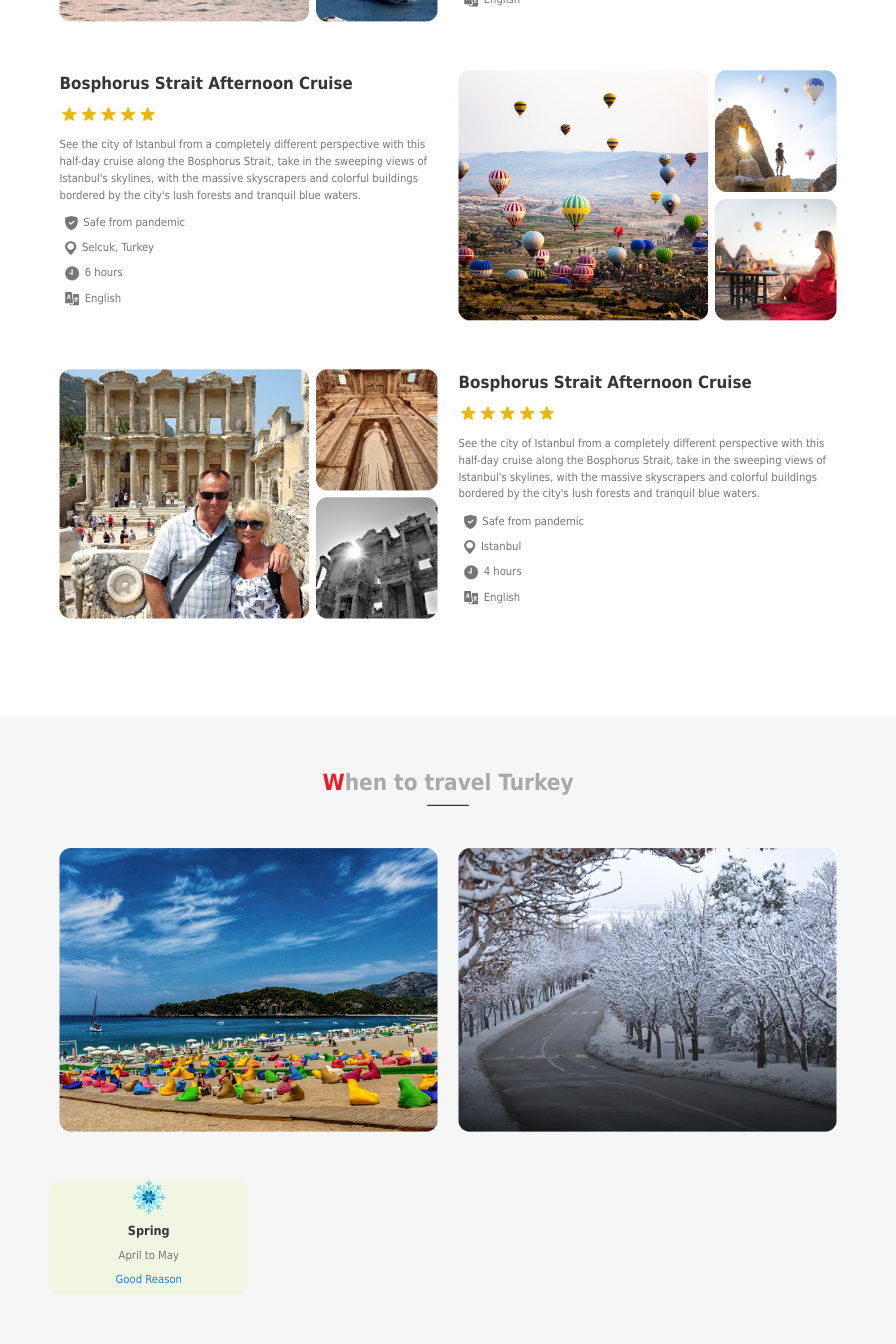
Repository: cvminhquan/turkey
Page: index.html
The author's editor kept a copy of each file at every save. The page is drawn from the files as they stood at one save, then again after the next save.
The browser window is 1280 px wide. The pictures show the part of the page from y = 1841 to 3761 px (the page is 3761 px tall), at 70% of full size.
The style sheet was rebuilt from its Sass, Less or Tailwind sources for each picture, by a compiler version that may differ from the author's.

Above is the page before, as saved 2022-09-15 19:54:00.

After the next save:
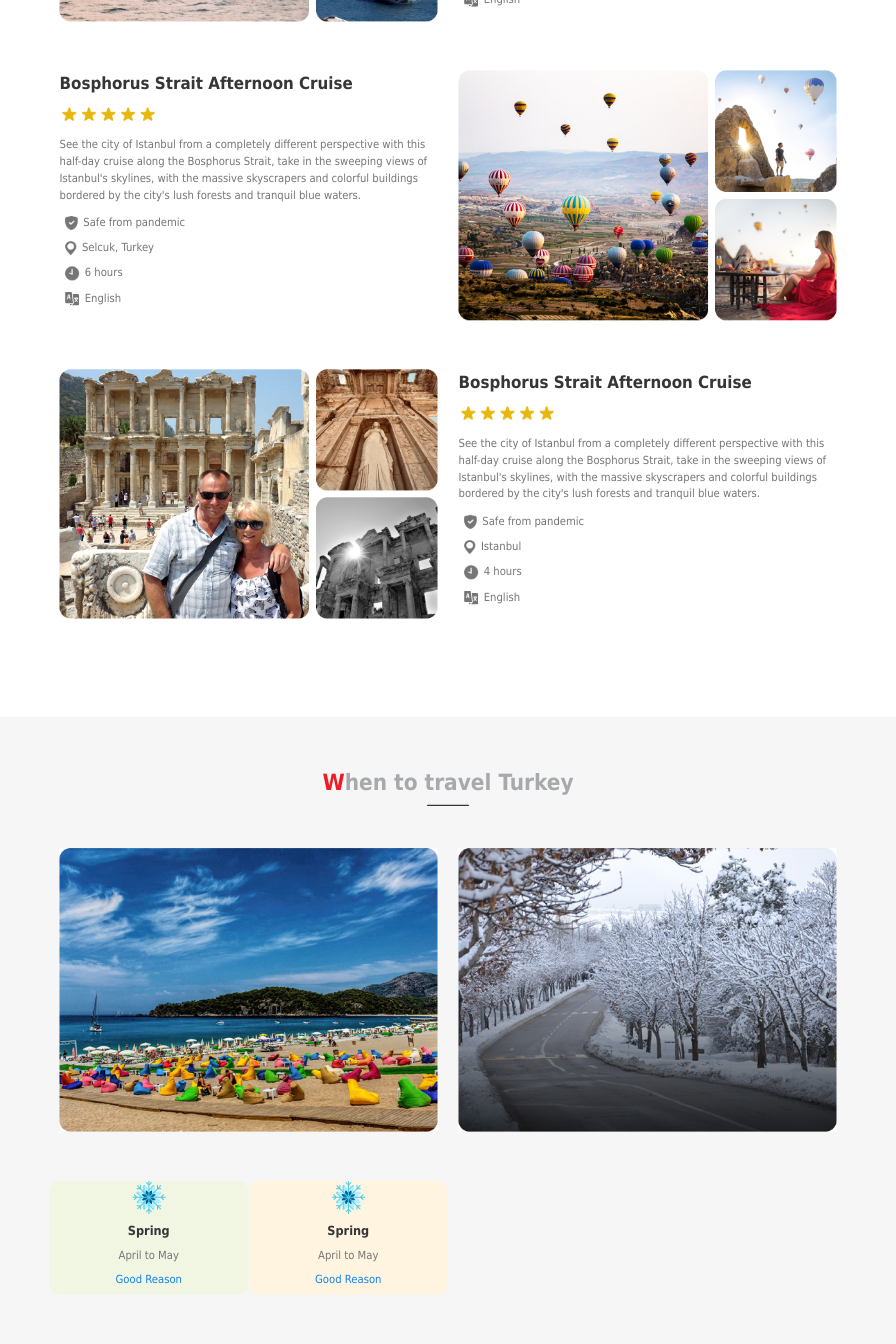
Saved 27 s later.
--- a/index.html
+++ b/index.html
@@ -200,9 +200,14 @@
                         </p>
                         <p class="text-status ">Good Reason</p>
                     </div>
-                    <div class="col-6 "></div>
-                    <div class="col-6 "></div>
-                    <div class="col-6 "></div>
+                    <div class="col-3 text-center bg-summer">
+                        <p class=" bdr text-center "><img src="./images/icon-snow.svg " alt=" "></p>
+                        <h2>Spring</h2>
+                        <p>
+                            <h3 class="text-month ">April to May</h3>
+                        </p>
+                        <p class="text-status ">Good Reason</p>
+                    </div>
                 </div>
             </div>
         </section>
